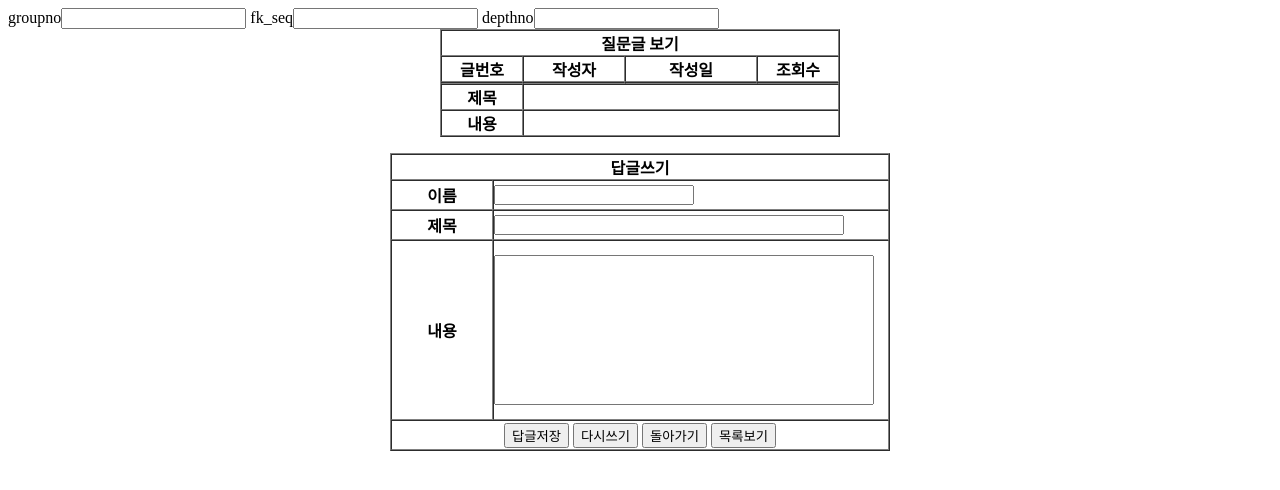
Repository: xx10222/STS_MVC2_Board
Page: http://localhost/project2/WEB-INF/views/board/replyView.jsp
These files come from the project's save history. The page is drawn as it stood at one moment and after the next save; the edit follows.
The browser window is 1280 px wide. The pictures show the whole page.
Some web libraries are served in a nearby version. The page is served by Tomcat 9. Nobody is signed in. Other server files are loaded and not shown. The template is opened directly, without the code that normally fills it, so the values that code supplies are empty.

Above is the page before, as saved 2020-05-27 10:40:34.

### project2/src/main/webapp/WEB-INF/views/board/replyView.jsp
<%@ page language="java" contentType="text/html; charset=UTF-8" pageEncoding="UTF-8"%>
<%@ taglib uri="http://java.sun.com/jsp/jstl/core" prefix="c" %>
<%@ taglib prefix="fmt" uri="http://java.sun.com/jsp/jstl/fmt"%>
<! DOCTYPE html PUBLIC "-//W3C//DTD HTML 4.01 Transitional//EN" "http://www.w3.org/TR/html4/loose.dtd">
<html>
   <head>
      <script src="//cdnjs.cloudflare.com/ajax/libs/jquery/3.2.1/jquery.min.js"></script>
       <title>게시판</title>
   </head>
   <script type="text/javascript">
      $(document).ready(function(){
         var formObj = $("form[name='replyForm']");
         //목록보기
         $(".list_btn").on("click", function(){
            event.preventDefault();
            location.href = "/board/list";
         })
         //답글저장
         $(".reply_btn").on("click", function(){
            if(fn_valiChk()){
               return false;
            }
            formObj.attr("action", "/board/reply");
            formObj.attr("method", "post");
            formObj.submit();
         })
         /*다시쓰기
         $(".rewrite_btn").on("click", function(){
            event.preventDefault();
             location.href = "/board/replyView";
         })*/
         //돌아가기
         $(".cancel_btn").on("click", function(){
            event.preventDefault();
            location.href = "/board/updateView?bno=${reply.bno}";
         })
      })

      function fn_valiChk(){
         var listForm = $("form[name='listForm'] .chk").length;
         for(var i = 0; i<listForm; i++){
            if($(".chk").eq(i).val() == "" || $(".chk").eq(i).val() == null){
               alert($(".chk").eq(i).attr("title"));
               return true;
            }
         }
      }
      function numberMaxLength(e){
          if(e.value.length > e.maxLength){
              e.value = e.value.slice(0, e.maxLength);
          }
      }
   </script>

   <body>

      <div id="root">

         <section id="container">
            <form name="replyForm" role="form" method="post" action="/board/reply">
               <input type="hidden" name="bno" value="${reply.bno}" readonly="readonly"/>

               <label>groupno</label><input type="number" name="groupno" value="${reply.groupno}" readonly="readonly"/>
               <label>fk_seq</label><input type="number" name="fk_seq" value="${reply.fk_seq}" readonly="readonly"/>
               <label>depthno</label><input type="number" name="depthno" value="${reply.depthno}" readonly="readonly"/>

               <table align="center" width="400" cellpadding="0" cellspacing="0" border="1">
                  <tr><th colspan = "4" align="center">질문글 보기</th></tr>
                  <tr>
                     <th align="center">글번호</th>
                     <th align="center">작성자</th>
                     <th align="center">작성일</th>
                     <th align="center">조회수</th>
                  </tr>
                  <tr>
                      <td align="center" width="80"><c:out value="${reply.bno}" /></td>
                     <td align="center" width="100"><c:out value="${reply.writer}" /></td>
                     <td align="center" width="130">
                           <fmt:formatDate value="${reply.regdate}" pattern="yyyy-MM-dd HH:mm:ss"/>
                     </td>
                     <td align="center" width="80"><c:out value="${reply.hit}" /></td>
                  </tr>
                    <tr>
                       <th>제목</th>
                       <td colspan = "3">
                           <c:out value=" ${reply.title}"/>
                        </td>
                     </tr>
                     <tr>
                        <th>내용</th>
                       <td colspan = "3">
                           <c:out value=" ${reply.content}"/>
                        </td>
                     </tr>
               </table>
            </form>

            <form name="replyForm" method="post" action="/board/reply">
               <input type="hidden" name="groupno" value="${reply.groupno}" readonly="readonly"/>
               <input type="hidden" name="fk_seq" value="${reply.bno}" readonly="readonly"/>
               <input type="hidden" name="depthno" value="${reply.depthno+1}" readonly="readonly"/>
               <table align="center" width="500" cellpadding="0" cellspacing="0" border="1">
                  <tr><th colspan = "2" align="center">답글쓰기</th></tr>
                      <tr>
                        <th align="center" width="100" height="30">이름</th>
                        <td>
                          <input style="width:200px;height:20px;" type="text" id="writer" name="writer" class="chk" title="작성자를 입력하세요."
                          maxlength="20" oninput="numberMaxLength(this);"/>
                        </td>
                     </tr>
                     <tr>
                        <th align="center" width="100" height="30">제목</th>
                        <td>
                           <input style="width:350px;height:20px; type="text" id="title" name="title" class="chk" title="제목을 입력하세요."/>
                        </td>
                     </tr>
                     <tr>
                        <th align="center" width="100" height="180">내용</th>
                        <td>
                           <textarea style="resize: none; width:380px;height:150px; id="content" name="content" class="chk" title="내용을 입력하세요."></textarea>
                        </td>
                     </tr>

                     <tr><th colspan="4" align="center" height="30">
                        <div>
                     		<button type="submit" class="reply_btn">답글저장</button>
                     		<button type="reset">다시쓰기</button>
                           <button type="submit" class="cancel_btn">돌아가기</button>
                           <button type="submit" class="list_btn">목록보기</button>
                        </div>
                     </tr>
               </table>
            </form>
         </section>
      </div>
   </body>
</html>

After the next save:
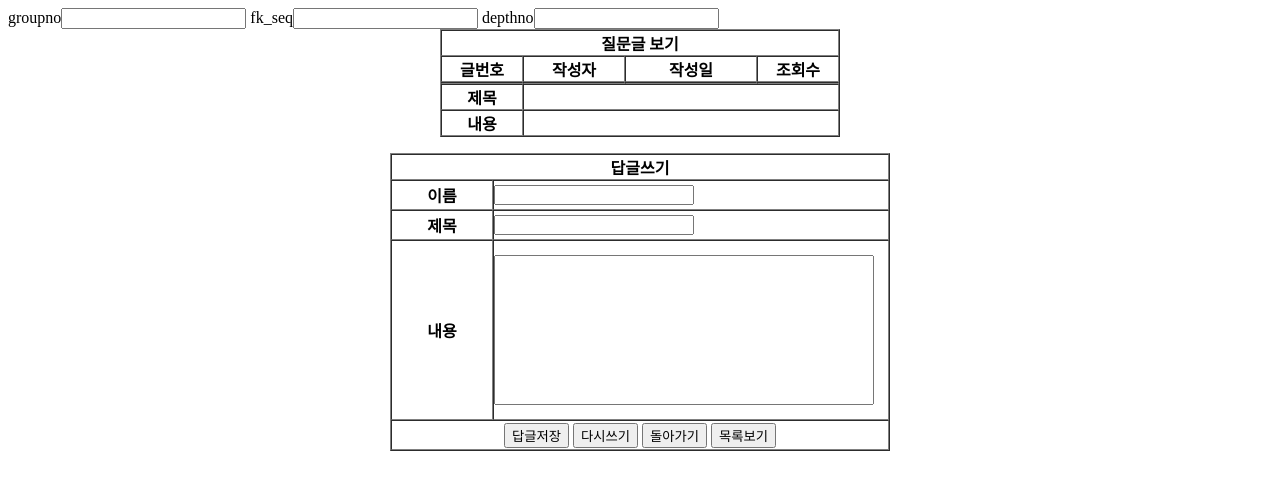
Saved 6 s later.
--- a/project2/src/main/webapp/WEB-INF/views/board/replyView.jsp
+++ b/project2/src/main/webapp/WEB-INF/views/board/replyView.jsp
@@ -111,7 +111,7 @@
                      <tr>
                         <th align="center" width="100" height="30">제목</th>
                         <td>
-                           <input style="width:350px;height:20px; type="text" id="title" name="title" class="chk" title="제목을 입력하세요."/>
+                           <input style="width:200px;height:20px; type="text" id="title" name="title" class="chk" title="제목을 입력하세요."/>
                         </td>
                      </tr>
                      <tr>
